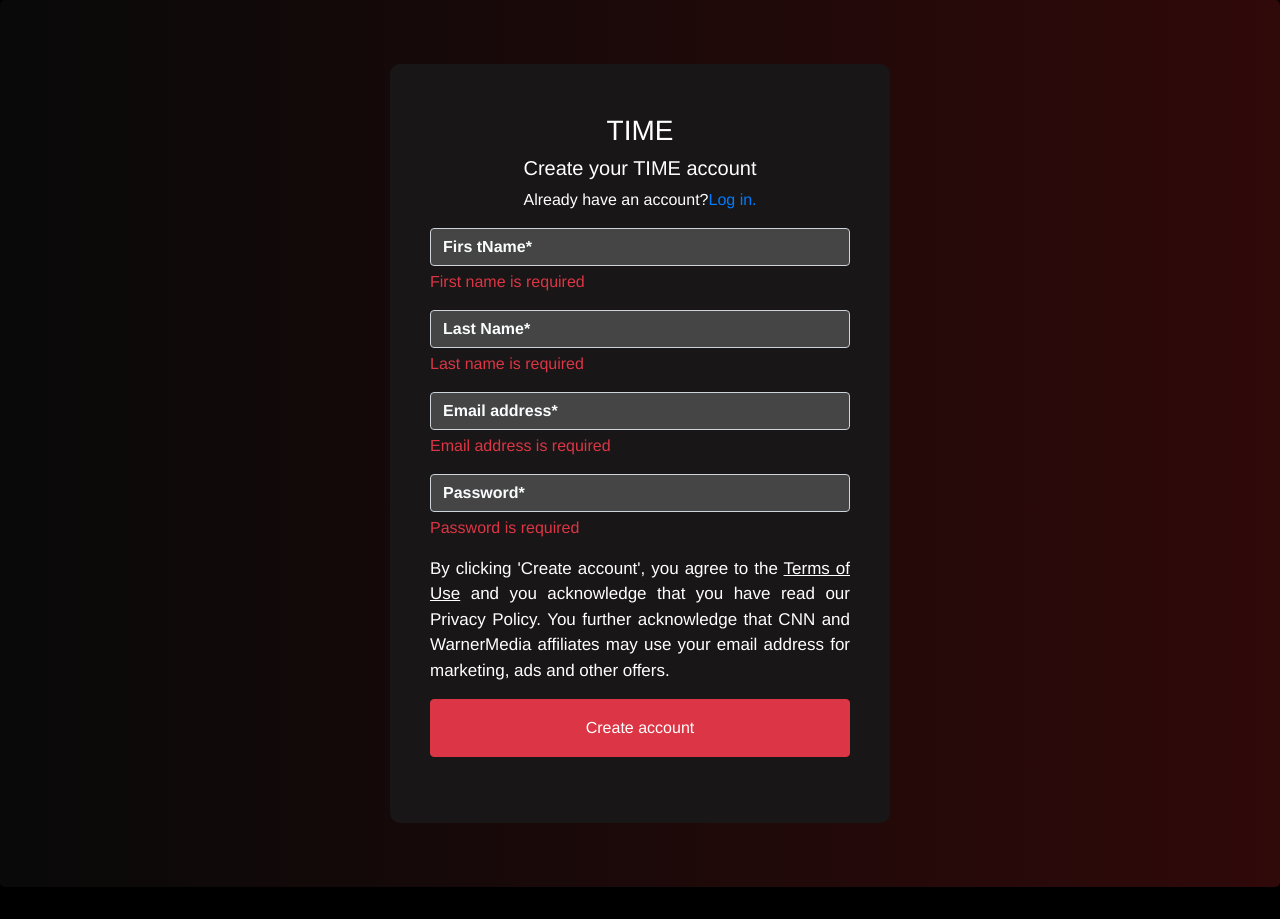
Repository: Vu14082002/WebTinTuc
Page: html/SignUp.html
An editor plug-in stored every save of this project. The page is shown before and after the next save, followed by the edit.
The browser window is 1280 px wide. The pictures show the whole page.
Some web libraries are served in a nearby version.

Above is the page before, as saved 2022-04-09 14:13:52.

### html/SignUp.html
<!DOCTYPE html>
<html lang="en">
<head>
    <meta charset="UTF-8">
    <meta http-equiv="X-UA-Compatible" content="IE=edge">
    <meta name="viewport" content="width=device-width, initial-scale=1.0">
    <title>Create a TIME account | TIME</title>
    <link
    rel="stylesheet"
    href="https://pro.fontawesome.com/releases/v5.10.0/css/all.css"
    integrity="sha384-AYmEC3Yw5cVb3ZcuHtOA93w35dYTsvhLPVnYs9eStHfGJvOvKxVfELGroGkvsg+p"
    crossorigin="anonymous"
  />
    <script src="../bootstrap-4/js/jquery-3.6.0.min.js"></script>
    <script src="../bootstrap-4/js/bootstrap.min.js"></script>
    <link rel="stylesheet" href="../bootstrap-4/css/bootstrap.min.css">
    <link rel="stylesheet" href="../css/index_Footer.css">
    <link rel="stylesheet" href="../css/init.css">
    <link rel="stylesheet" href="../css/index_Header.css">
    <link rel="stylesheet" href="../css/login.css">
    <link rel="stylesheet" href="../css/login.css">
    <link rel="icon" href="../Image/logo.png" type="image/gif" sizes="16x16">
</head>
<body>
    <div class="container-fluid jumbotron">
        <div class="box text-center">
            <h3>TIME</h3>
            <h5>Create your TIME account</h5>
            <p>Already have an account?<a href="../html/login.html">Log in.</a></p>
            <div class="form-group ">
                <input type="text" id="FirstName" placeholder="Firs tName*  " class="form-control  text-light "  required >
                <p class="text-left mt-1">
                    <span id="checkEmail"  class="checkLogin text-left text-right mb-2 text-danger" >First name is required</span>
                </p>
                <input type="text" id="LasttName" placeholder="Last Name* " class="form-control  text-light "  required >
                <p class="text-left mt-1">
                    <span id="checkEmail"  class="checkLogin text-left text-right mb-2 text-danger" >Last name is required</span>
                </p>
                <input type="text" id="email" placeholder="Email address* " onchange="checkPass()" class="form-control  text-light "  required >
                <p class="text-left mt-1">
                    <span id="checkEmail"  class="checkLogin text-left text-right mb-2 text-danger" >Email address is required <span>
                </p>
                <input type="password" id="pass"  placeholder="Password*" class="form-control text-light"  required>
                <p class="text-left mt-1">
                    <span id="checkEmail"  class="checkLogin text-left text-right mb-2 text-danger" >Password is required <span>
                </p>
                <p class=" text-justify">
                    By clicking 'Create account', you agree to the <a  class="theA" href="../html/TermsOfuse.html">Terms of Use</a> and you acknowledge that you have read our
                    Privacy Policy. You further acknowledge that CNN and WarnerMedia affiliates may use your email address for marketing,
                    ads and other offers.
                </p>
                <a href="../html/login.html"><button type="button" class="btn btn-danger w-100 p-3">Create account</button>  </a>
            </div>

        </div>

    </div>
</body>
</html>

### css/index_Footer.css
footer {
    width: 100%;
    background-color: black;
}
.main{
    width: 85%;
    margin: 0 auto;
}
.main__top__search {
    padding-top: 60px;
    width: 100%;
}
.main__top__search >input {
    width: 100%;
    height: 35px;
    padding: 0 8px;
    border-radius: 3px ;
    outline: none;
}
.main__top__search1{
    display: flex;
    flex-direction: row-reverse;
    margin-top: -25px;
    margin-right: 10px;
    font-weight: bold;
    color: rgba(103, 85, 76,1);
    cursor: pointer;
}
.main__mid{
    margin: 35px 0px;
    margin-bottom: 40px;
}
.main__mid {
    display: flex;
    flex-wrap: wrap;
}
.main__mid > div {
    width: calc(100%/7);
    font-size: 14px;
    color: white;
    margin-bottom: 20px;

}
.main__mid > div  a {
    color: rgb(230 230 230);
    display: inline-block;
    margin-bottom: 8px;
}
.main__mid > div  > a {
    font-size: 16px;
    font-weight: 700;
    transition: 0.3s;
}
.main__mid > div  a:hover {
    text-decoration: underline;
    color: white;
}
.main__bottom {
    border-top: 1px solid rgb(230, 230, 230);
    display: flex;
    flex-direction: row-reverse;
    padding: 40px 0px;
}
.main__bottom > div > a, .main__bottom > div{
    width: 3%;
    max-width: 15%;
    margin: 5px;
    font-size: 25px;
    color: rgb(230, 230, 230)
}
.main__bottom > div >a :hover{
    color: white;
}
.main__bottom > div:last-child{
    font-weight: bold;
    font-size: 20px;
    text-align: center;
    width: 20%;
    margin-right: 10px;
    border-right: 1px solid rgb(230, 230, 230) ;
}

### css/init.css
* {
    font-family: Helvetica, Helvetica, Arial, sans-serif;
    box-sizing: border-box;
    list-style-type: none;
    margin: 0;
    padding: 0;
    text-decoration:  none;
  }

### css/index_Header.css
/* HEADER */
header{
    position: sticky; top: 0;
}
.gif {
  background-color: #262626;
  width: 100%;
  height: 300px;
  padding: 25px;
  text-align: center;
  margin-top: 0px;

}
 .gif > img {
    display: inline-block;
    margin: 0 auto;
}
header > section {
  border-bottom: 1px solid rgb(230 230 230);

  width: 100%;
  background-color: #0c0c0c;
  display: flex;
  height: 56px;
}
header > section > nav {
    display: flex;
    /* border-bottom: 1px solid white; */
    width: 85%;
    margin:0  auto ;

}
header > section > nav > ul:first-child{
    width: 80%;
    display: flex;
}
header > section > nav > ul:last-child{
    display: flex;
    flex-direction:  row-reverse;
    width: 20%;
}

header > section > nav> ul > li{
    max-width: 300px;
}
/* paddingMenu */
header > section > nav> ul> li:first-child{
    background: #CC0000;
    padding-bottom: 55px;
}
header > section > nav> ul > li > a {
    font-size: 16px;
    text-decoration:  none;
    display: block;
    padding: 18px;
    color: #e4dfd7;
}
header > section > nav> ul > li:first-child > a{
    color: white;
}
header > section > nav> ul > li > a:hover{
    color: white;
}

### css/login.css
body{
    background-color: black;
}
.container-fluid{
    background-image: linear-gradient(to right, #090909 , #300909);
    border-radius: none;
}
.box{
    width: 500px;
    margin: 0 auto;
    background-color: #181616;
    padding: 50px 40px;
        color: white;
    border-radius: 10px;
}
.box input[type="text"],.box input[type="password"]{
    background-color: #464546;
}
.checkLogin{
    color: rgb(207, 90, 90);
}
.box ::placeholder {
    font-weight: 700;
    color: #fafdfd;
    opacity: 1; /* Firefox */
}
.box  :-ms-input-placeholder { /* Internet Explorer 10-11 */
    color: #fafdfd;
}
.box ::-ms-input-placeholder { /* Microsoft Edge */
    color: #fafdfd;
}
.box input:focus{
    color: #fafdfd;
}
.search{
    margin-top: -3px;
}
button > a{
    text-decoration: none;
    color: white;
}
.theA{
    color: white;
    text-decoration:underline;
}
.theA:hover{
    color: #d7d8d8;
}
.text-justify{
    font-size: 17px;
}

Loaded but not shown: bootstrap-4/js/jquery-3.6.0.min.js (library); bootstrap-4/js/bootstrap.min.js (library); bootstrap-4/css/bootstrap.min.css (library)

After the next save:
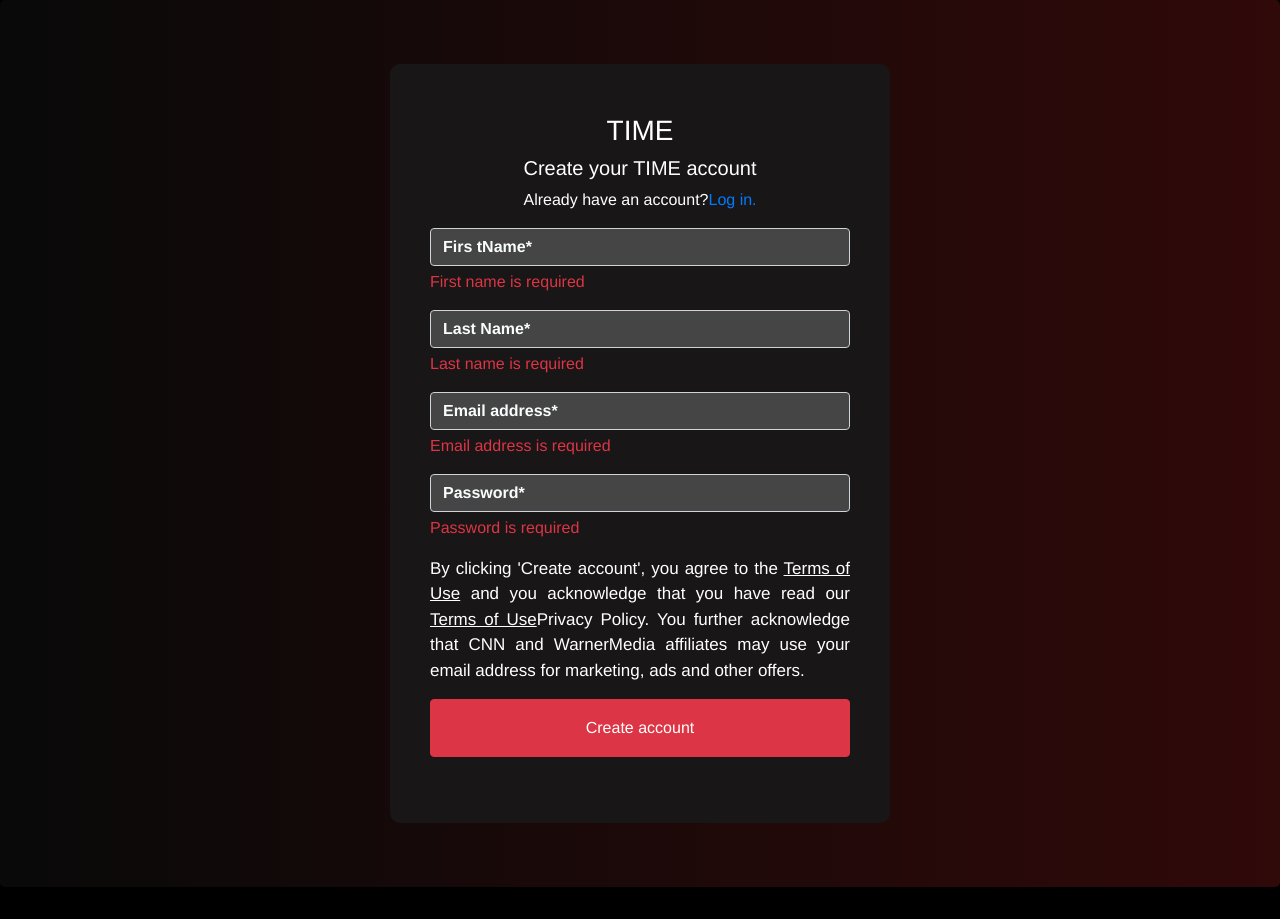
Saved 26 s later.
--- a/html/SignUp.html
+++ b/html/SignUp.html
@@ -46,7 +46,7 @@
                 </p>
                 <p class=" text-justify">
                     By clicking 'Create account', you agree to the <a  class="theA" href="../html/TermsOfuse.html">Terms of Use</a> and you acknowledge that you have read our
-                    Privacy Policy. You further acknowledge that CNN and WarnerMedia affiliates may use your email address for marketing,
+                    <a  class="theA" href="../html/TermsOfuse.html">Terms of Use</a>Privacy Policy. You further acknowledge that CNN and WarnerMedia affiliates may use your email address for marketing,
                     ads and other offers.
                 </p>
                 <a href="../html/login.html"><button type="button" class="btn btn-danger w-100 p-3">Create account</button>  </a>

After the 2 saves that followed:
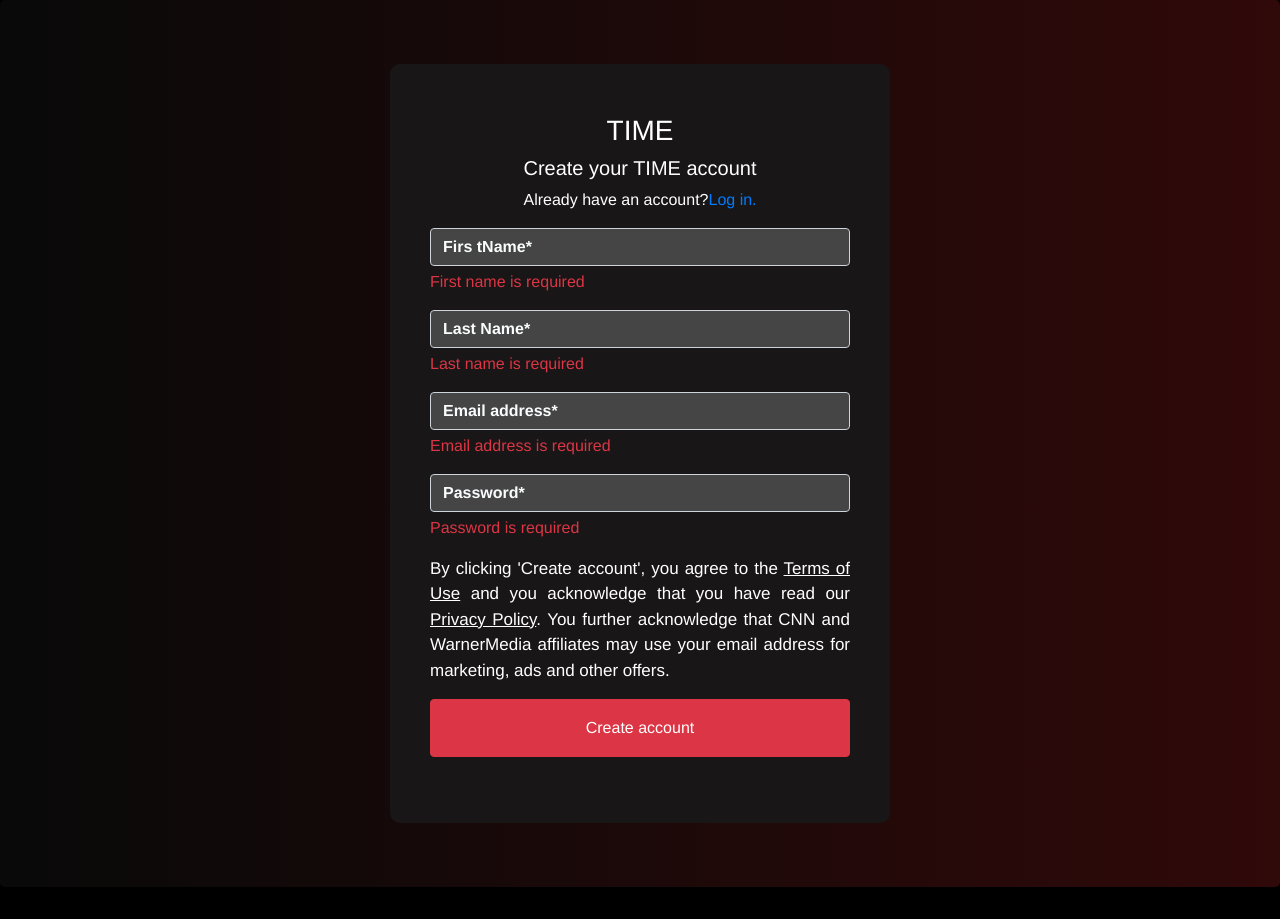
The 2 saves are shown as one change because they came seconds apart.
The last was saved 7 s later.
--- a/html/SignUp.html
+++ b/html/SignUp.html
@@ -46,7 +46,7 @@
                 </p>
                 <p class=" text-justify">
                     By clicking 'Create account', you agree to the <a  class="theA" href="../html/TermsOfuse.html">Terms of Use</a> and you acknowledge that you have read our
-                    <a  class="theA" href="../html/TermsOfuse.html">Terms of Use</a>Privacy Policy. You further acknowledge that CNN and WarnerMedia affiliates may use your email address for marketing,
+                    <a  class="theA" href="../html/TermsOfuse.html">Privacy Policy</a>. You further acknowledge that CNN and WarnerMedia affiliates may use your email address for marketing,
                     ads and other offers.
                 </p>
                 <a href="../html/login.html"><button type="button" class="btn btn-danger w-100 p-3">Create account</button>  </a>
